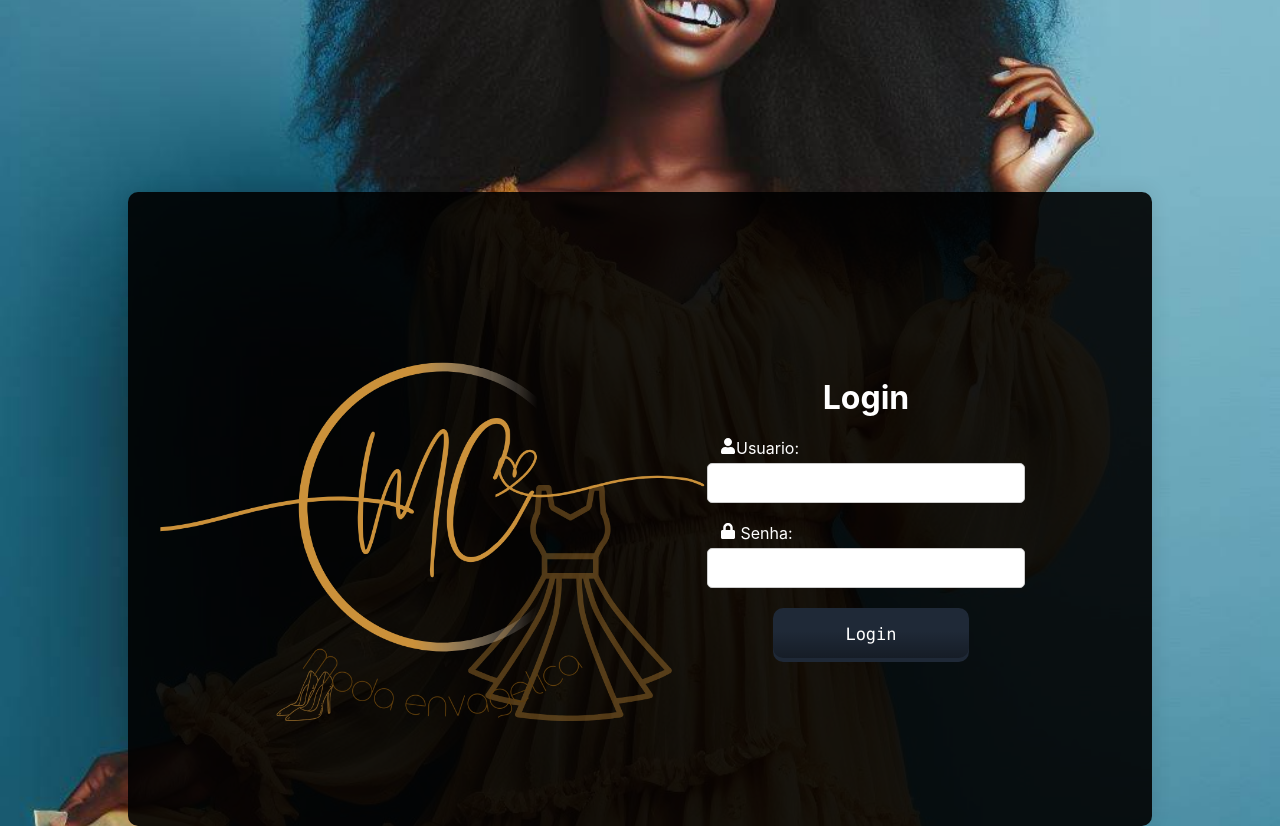
Repository: Mixchelle/ecommerce-moda-evangelica
Page: /login-admin
An editor plug-in stored every save of this project. The page is shown before and after the next save, followed by the edit.
The browser window is 1280 px wide. The pictures show the whole page.
The project was rebuilt for these pictures with package versions that can differ from the ones it lists, and the page was loaded fresh each time. Also part of the build but not shown: src/components/Header.js, src/components/CategoriesFilter.js, src/pages/Home.js, src/pages/Login.js, src/pages/Admin.js, src/pages/Cart.js.

Above is the page before, as saved 2024-04-29 22:18:19.

After the next save:
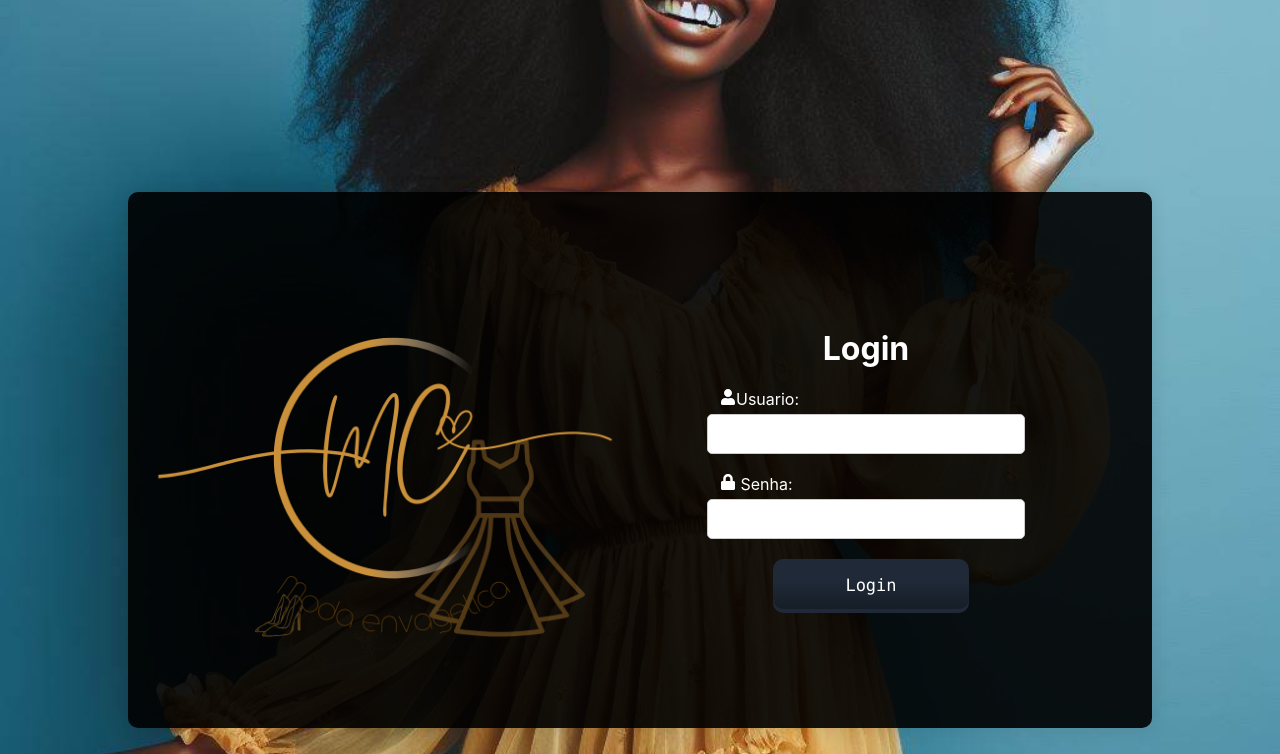
Saved 19 s later.
--- a/src/style/Login.css
+++ b/src/style/Login.css
@@ -27,7 +27,7 @@
 }
 
 .image-container img {
-  max-width: 120%;
+  max-width: 100%;
   flex: 1;
   padding: 20px;
 }
